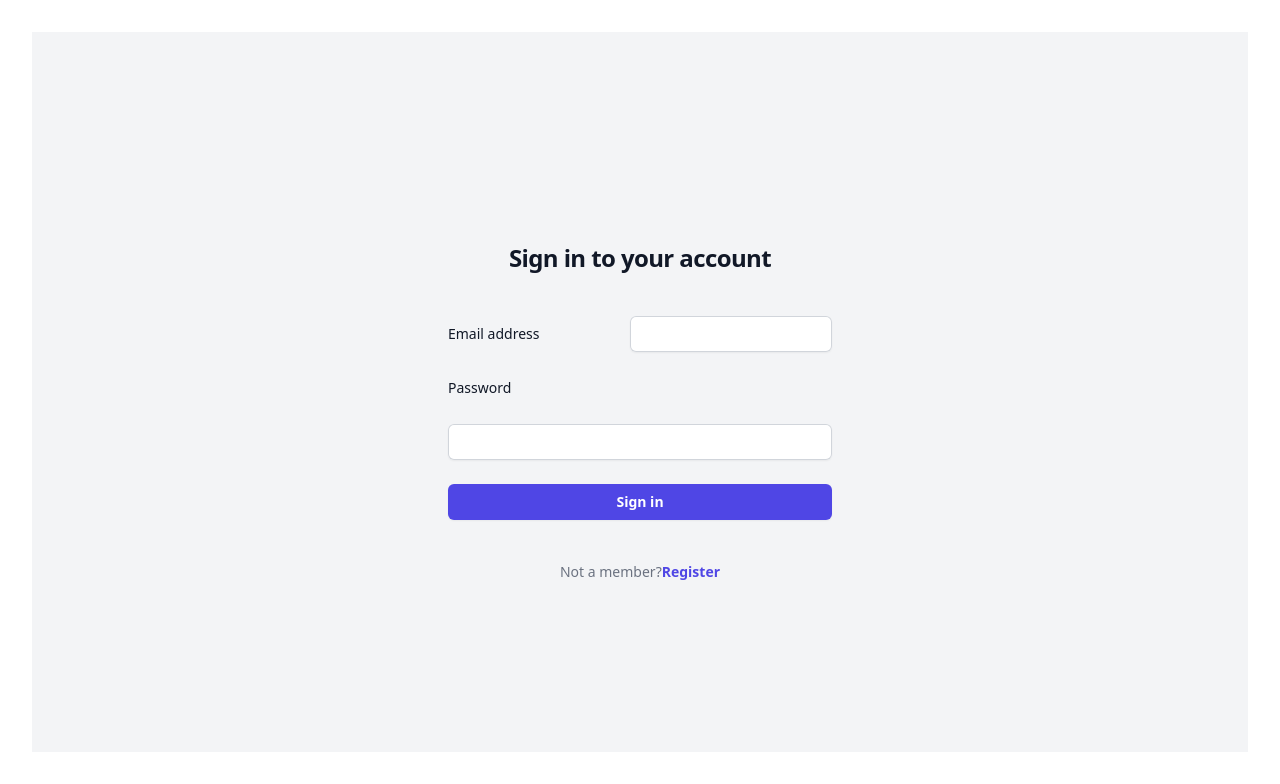
Repository: Wafaabahgat/Formik_React
Page: /
These files come from the project's save history. The page is drawn as it stood at one moment and after a run of saves; the edit follows.
The browser window is 1280 px wide. The pictures show the whole page.
The project was rebuilt for these pictures with package versions that can differ from the ones it lists, and the page was loaded fresh each time. Also part of the build but not shown: vite.config.ts.

Above is the page before, as saved 2024-02-13 20:57:49.

After the next 2 saves:
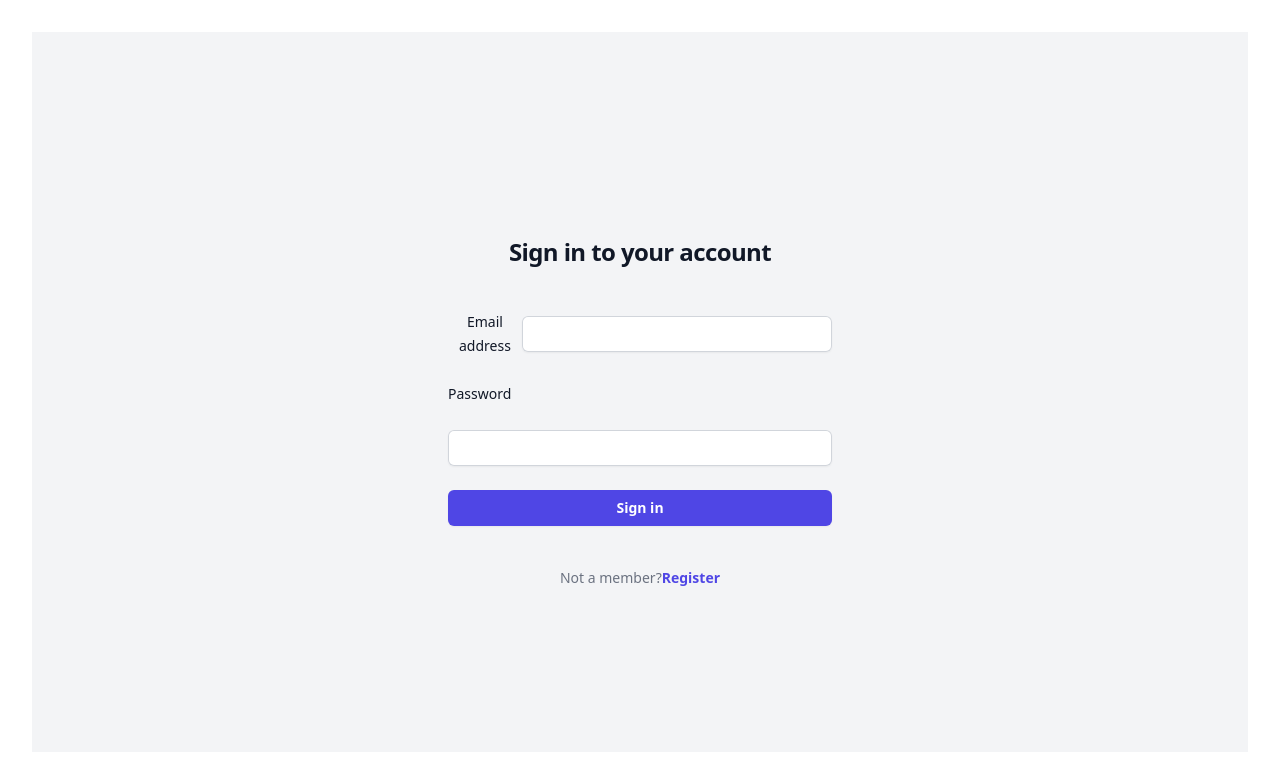
The 2 saves are shown as one change because they came seconds apart.
The last was saved 13 s later.
--- a/src/components/RegistrationForm.jsx
+++ b/src/components/RegistrationForm.jsx
@@ -50,7 +50,7 @@
             >
               Email address
             </label>
-            <div className="">
+
               <input
                 id="email"
                 name="email"
@@ -59,7 +59,7 @@
                 required
                 className="block w-full rounded-md border-0 py-1.5 text-gray-900 shadow-sm ring-1 ring-inset ring-gray-300 placeholder:text-gray-400 focus:ring-2 focus:ring-inset focus:ring-indigo-600 sm:text-sm sm:leading-6"
               />
-            </div>
+
           </div>
 
           <div className="flex items-center justify-between">

After the save that followed:
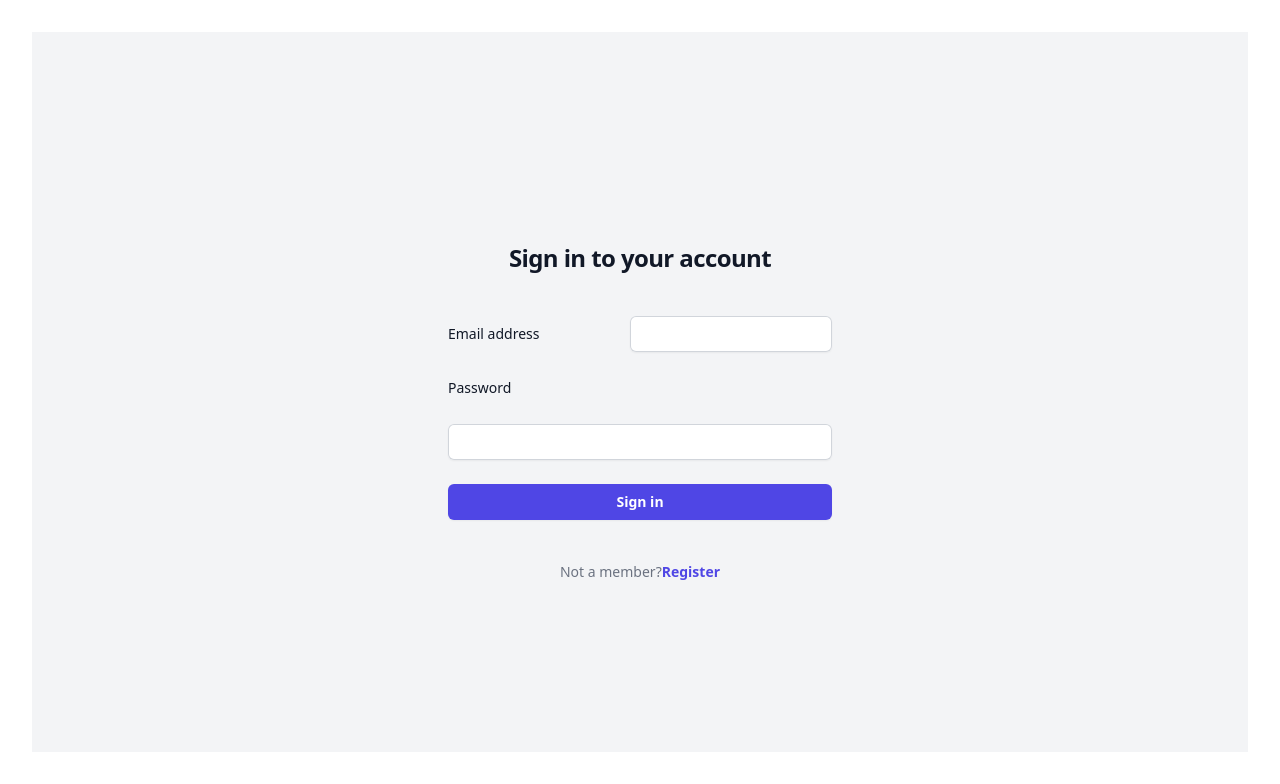
Saved 8 s later.
--- a/src/components/RegistrationForm.jsx
+++ b/src/components/RegistrationForm.jsx
@@ -50,7 +50,7 @@
             >
               Email address
             </label>
-
+            <div className="">
               <input
                 id="email"
                 name="email"
@@ -59,7 +59,7 @@
                 required
                 className="block w-full rounded-md border-0 py-1.5 text-gray-900 shadow-sm ring-1 ring-inset ring-gray-300 placeholder:text-gray-400 focus:ring-2 focus:ring-inset focus:ring-indigo-600 sm:text-sm sm:leading-6"
               />
-
+            </div>
           </div>
 
           <div className="flex items-center justify-between">
